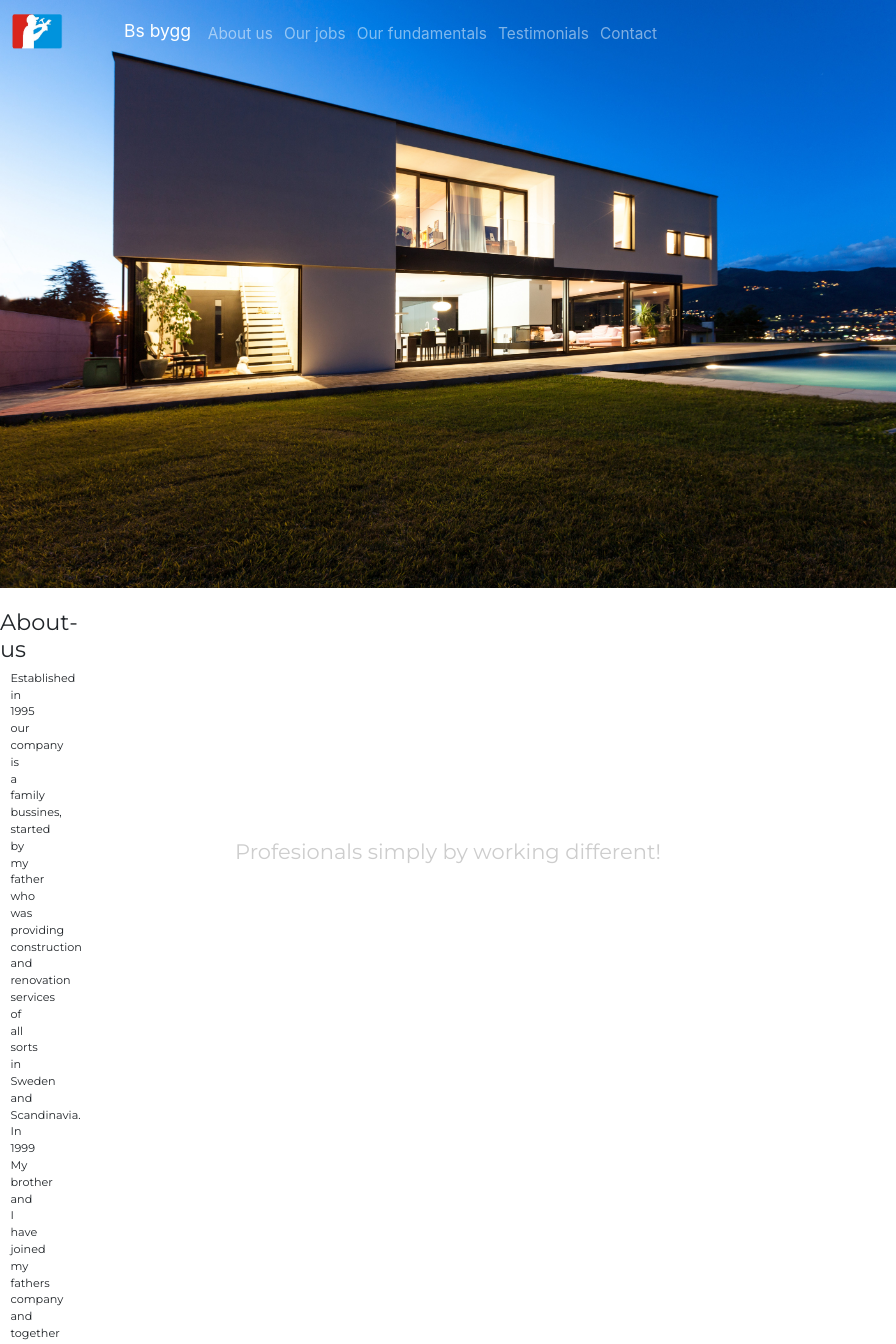
Repository: Bartie1982/milestone-project-1
Page: index.html
The author's editor kept a record of every edit. The page is drawn from the files as they stood at one moment, then again after the next edit.
The browser window is 1280 px wide. The pictures show the part of the page from y = 0 to 1920 px (the page is 5285 px tall), at 70% of full size.

Above is the page before.

### index.html
<!DOCTYPE html>
<html lang="en">

<head>
    <meta charset="UTF-8">
    <meta name="viewport" content="width=device-width, initial-scale=1.0">
    <meta http-equiv="X-UA-Compatible" content="ie=edge">
    <link rel="stylesheet" href="https://stackpath.bootstrapcdn.com/bootstrap/4.3.1/css/bootstrap.min.css" type="text/css" />
    <link rel="stylesheet" href="https://stackpath.bootstrapcdn.com/font-awesome/4.7.0/css/font-awesome.min.css" type="text/css" />
    <link rel="stylesheet" href="assets/css/style.css" type="text/css" />
    <title>BsBygg</title>
</head>

<body>
    <header>
        <div class="container-fluid">
            <div class="row">
                    <div class="col-lg-12 col-md-12 col-xs-12 d-flex">
                        <a href="index.html">
                        <img class="img logo sticky-top" src="./assets/images/logo1.png" alt="Bs.bygg">
                        </a>
                        <nav class="navbar navbar-expand-xl navbar-dark">
                            <a class="navbar-brand" href="index.html">Bs bygg</a>
                                <button class="navbar-toggler" type="button" data-toggle="collapse" data-target="#navbarNav" aria-controls="navbarNav" aria-expanded="false" aria-label="Toggle navigation">
                                     <span class="navbar-toggler-icon"></span>
                                </button>
                                <div class="collapse navbar-collapse" id="navbarNav">
                                    <ul class="navbar-nav">
                                        <li class="nav-item">
                                            <a class="nav-link" href="#about-us">About us</a>
                                        </li>
                                        <li class="nav-item">
                                            <a class="nav-link" href="#our-jobs">Our jobs</a>
                                        </li>
                                        <li class="nav-item">
                                            <a class="nav-link" href="#our-fundamentals">Our fundamentals</a>
                                        </li>
                                        <li class="nav-item">
                                            <a class="nav-link" href="#testimonials">Testimonials</a>
                                        </li>
                                        <li class="nav-item">
                                            <a class="nav-link" href="#contact">Contact</a>
                                        </li>
                                    </ul>
                                </div>
                        </nav>
                    </div>
            </div>
        </div>
            <div class="h-75 d-inline-block col-lg-12 col-xs-12 d-flex justify-content-center quote">
                        <p class="align-self-end">Profesionals simply by working different!</p>
            </div>
    </header>

    <section>
        <div class="d-flex justify-content-center" id="about-us">
            <div class="col-md-8 about-us">
                <h2>About-us</h2>

                <p class="col-md-12 text-space">Established in 1995 our company is a family bussines,
                started by my father who was providing construction and renovation services of all sorts in Sweden and Scandinavia.
                In 1999 My brother and I have joined my fathers company and together we expanded rapidly.
                Completing bigger and more complicated houses designs in Sweden, Danmark, Uk, Poland and Canada over time  we were growing and evolving to get framing and construction projects ahead simultaneously remaning in renovation business.
                We are a highly-qualified profesional construction and renovation team, with over forty years of experience in building field known for our service quality as well as time of completing our projects.
                </p>

            </div>
        </div>

        <div class="row">
            <div class="col-md-12 h-line4">
                <hr>
            </div>
        </div>

    </section>
    <section>
        <div class="row" id="our-jobs">
            <div class="col-md-12 Our-jobs">
                <h2>Our jobs</h2>
                    <div class="row d-flex justify-content-around">
                        <div class="col-sm-12 col-md-12 col-lg-4">
                            <div class="polaroid">
                        <img src="./assets/images/balsta-light.jpg" alt="Full framing" style="width:100%">
                             <div class="container p">
                             <p>Full framing</p>
                             </div>
                       </div>
                        </div>
                        <div class="col-sm-12 col-md-12 col-lg-4">
                            <div class="polaroid">
                        <img src="./assets/images/akersberga-ed.jpg" alt="Extensions" style="width:100%">
                             <div class="container p">
                             <p>Extensions</p>
                             </div>
                       </div>
                        </div>
                        <div class="col-sm-12 col-md-12 col-lg-4">
                            <div class="polaroid">
                        <img src="./assets/images/tak-arbetet-ed.jpg" alt="Roofing" style="width:100%">
                             <div class="container p">
                             <p>Roofing</p>
                         </div>
                        </div>
                    </div>
                </div>
            </div>
        </div>
    </section>
    <section>
        <div class="row">
            <div class="col-md-12 h-line3">
                <hr>
            </div>
        </div>
        <div class="row d-flex justify-content-center" id="our-fundamentals">
            <div class="col-md-8 our-fundamentals">
                <h2>Our fundamentals</h2>

                <p class="col-md-12 text-space">We are proud to present our philosophy and style created by years of experience as well as different locations of our services.
                Implementing  Canadian remarkable approach of extreme organisation and management.
                Combining with Polish work productivity and Scandinavian precision makes us known for high quality services simultaneously reducing times and costs.
                Naturally learning of all kinds of materials and techniques used in different countries while providing our services, generates a lot more knowledge used in building process than other companies. Offering even more
                cost reduction and increasing profitability for our clients.
                </p>
            </div>
        </div>

        <div class="row">
            <div class="col-md-12 h-line4">
                <hr>
            </div>
        </div>
    </section>
    <section>
        <div class="row" id="testimonials">
            <div class="col-md-12 Testimonials">
                <h2>Testimonials</h2>
                    <div class="row people d-flex justify-content-around">
                        <div class="col-sm-12 col-md-4 person">
                            <img class="img-fluid" src="./assets/images/Face 6.jpg" alt="Peter">
                            <p class="text-space"><i>"It's verry professional company with services worth recomending to everyone."</i><br><b>PETER</b></p>
                        </div>
                        <div class="col-sm-12 col-md-4 person">
                            <img class="img-fluid" src="./assets/images/Face 4.jpg" alt="Henrik">
                            <p class="text-space"><i>"Very good prepared and colaborative, I could see right away I have been hired profesionals."</i><br><b>HENRIK</b></p>
                        </div>
                        <div class="col-sm-12 col-md-4 person">
                            <img class="img-fluid" src="./assets/images/Face 7.jpg" alt="Frida">
                            <p class="text-space">"<i>Work was well planed, well orginased and definetly quick and clean."</i><br><b>FRIDA</b></p>
                        </div>
                    </div>
            </div>
                <div class="row">
                    <div class="col-md-12 h-line4">
                        <hr>
                    </div>
                </div>
    </section>
    <footer class="container-fluid" id="contact">
        <div class="row">
                <div class="col-lg-6 col-md-6 col-sm-12 mx-auto">
                    <h4 class="general-sub w-50 mx-auto">Contact</h4>

                        <div class="w-50 mx-auto">
                            <div>
                            <p><b>Email:</b> contact@bsbygg.com</p>
                            </div>
                            <div>
                            <p><b>Mobile:</b> 0704645042 </p>
                            </div>
                            <div>
                            <p><b>Adress:</b> Petersbergsvagen 5 <br>185 34 Vaxholm</p>
                        </div>
                </div>
        </div>
            <div class="col-lg-6 col-md-6 col-sm-12 social mx-auto">
                <h4 class="general-sub w-50 mx-auto">Social</h4>
                <ul class="list-inline social-links w-50 mx-auto">
                <li class="list-inline-item">
                    <a target="_blank" href="https://www.linkedin.com/">
                        <i class="fa fa-linkedin" aria-hidden="true"></i>
                        <span class="sr-only">Linkedin</span>
                    </a>
                </li>

                <li class="list-inline-item">
                    <a target="_blank" href="https://www.facebook.com/">
                        <i class="fa fa-facebook" aria-hidden="true"></i>
                        <span class="sr-only">Facebook</span>
                    </a>

                </li>
                <li class="list-inline-item">
                    <a target="_blank" href="https://www.pinterest.com/">
                        <i class="fa fa-pinterest" aria-hidden="true"></i>
                        <span class="sr-only">Pinterest</span>
                    </a>
                </li>
                <li class="list-inline-item">
                    <a target="_blank" href="https://www.instagram.com/">
                        <i class="fa fa-instagram" aria-hidden="true"></i>
                        <span class="sr-only">Instagram</span>
                    </a>
                </li>

                </ul>
            </div>
        </div>
        <div class="d-flex justify-content-center">
            <p class="">All rights reserved  Bartosz Szkaradzinski 2020</p>
        </div>
    </footer>
</body>

</html>

### assets/css/style.css
@import url('https://fonts.googleapis.com/css?family=Montserrat&display=swap:100,200,300,400,500,600,700|Exo:100,200,300,400,500,600,700');


/*----------------------------------------------Colours*/
.bg-color-name-title {
      color: #000234;
}



/*----------------------------------------------Heading*/

html, body {
    width: 100vw;
    overflow-x: hidden;
    overflow-y: auto;
}

header {
    margin: 0;
    background: url("../images/Villa1.jpg");
    background-repeat: no-repeat;
    background-size: cover;
    height: 840px;

}

.logo {
    float: right;
    background-repeat: no-repeat;
    background-size: 30px;
    min-height: 20px;
    height: 50px;
    margin-top: 20px;
    margin-right: 10px;

}

.navbar {
    margin-top: 13px;
    margin-left: 60px;
}

.navbar-dark {
    position: relative;
    font-size: 22px;

}

.navbar-brand {
    margin-bottom: 8px;
    font-size: 25px;

}

.quote {
    float: right;
    margin-top: 540px;
    margin-left: auto;
    margin-right: auto;
    color: #cdcdcd;
    font-family: "Exo", Montserrat;
    font-weight: 100;
    font-size: 30px;

}


/*----------------------------------------------About us*/

.about-us {

    font-family: "Exo", Montserrat;
    margin-top: 30px;
    text-align: center;
    min-height: 300px;

}

/*----------------------------------------------Our fundamentals*/



.our-fundamentals {
    font-family: "Exo", Montserrat;
    margin-top: 30px;
    text-align: center;
    min-height: 300px;
}




/*----------------------------------------------Our jobs*/

.polaroid {
  width: 250px;
  box-shadow: 0 4px 8px 0 rgba(0, 0, 0, 0.2), 0 6px 20px 0 rgba(0, 0, 0, 0.19);
  text-align: center;
  margin: 30px auto 30px auto;

}

.Our-jobs {
    font-family: "Exo", Montserrat;
    margin-top: 30px;
    text-align: center;
    min-height: 300px;

}


/*----------------------------------------------Testimonials*/

.container p {
  padding: 25px;
}
.people {
    margin-top:20px;
    margin-bottom: 40px;
}
.person {

    height: inherit;
    margin-bottom: 30px;
}
.person img {
    width: 50%;
    margin-left: auto;
    margin-right: auto;
}
.person p {
    padding-left: 30px;
    padding-right: 30px;
}


.name {
    font-family: "Exo", Montserrat;
    background-position: center;
    margin-top: 50px;
    font-weight: 100;
    min-height: 100px;
    font-size: 46px;
    color: #fff;

}

.Testimonials {
    font-family: "Exo", Montserrat;
    margin-top: 30px;
    text-align: center;
    min-height: 300px;

}

/*----------------------------------------------Spacers/lines/margins/paddings/text */

h1,
h2,
h3,
h4 {
       margin: 0;
}



hr {
    background-color: grey;
    height: 1px;
    border: 0; }

.h-line3 {
    margin-top: 0;

}

.h-line4 {
    margin-top: 1%;
}

.text-space {
    margin-top: 10px;
    margin-bottom: 10px;
}

.general-sub {
    margin-top: 20px;
    margin-bottom: 10px;
    color: #fafafa;
    font-family: "Exo", Montserrat;
    font-weight: 300;

}

.inline-block {
    display: inline-block;

}

/*----------------------------------------------Footer*/

footer {
    background-color: #525252;
    color: #fafafa;
    min-height: 240px;
}

.contact {
    margin-left: auto;
    margin-right: auto;

}

.quote-pdf i {
    font-size: 20px;
    color: #fafafa;
    text-align: center;
    padding-left: 8px;
    transition: all 0.45s ease-in;
    -moz-transition: all 0.45s ease-in;
    -webkit-transition: all 0.45s ease-in;
    -o-transition: all 0.45s ease-in;
}

.quote-pdf i:hover {
    color: #40A8AF;

}
.social {
     margin-right: auto;
     margin-left: auto;
}

.social-links li a i {
    width: 30px;
    height:30px;
    padding: 15px;
    border-radius: 15%;
    font-size: 15px;
    line-height: 10px;
    text-align: center;
    color: #fafafa;
    background: #8f8f8f;
    transition: all 0.35s ease-in;
    -moz-transition: all 0.35s ease-in;
    -webkit-transition: all 0.35s ease-in;
    -o-transition: all 0.35s ease-in;
}

.social-links li a i:hover {
    background: #40A8AF;
}

After the next edit:
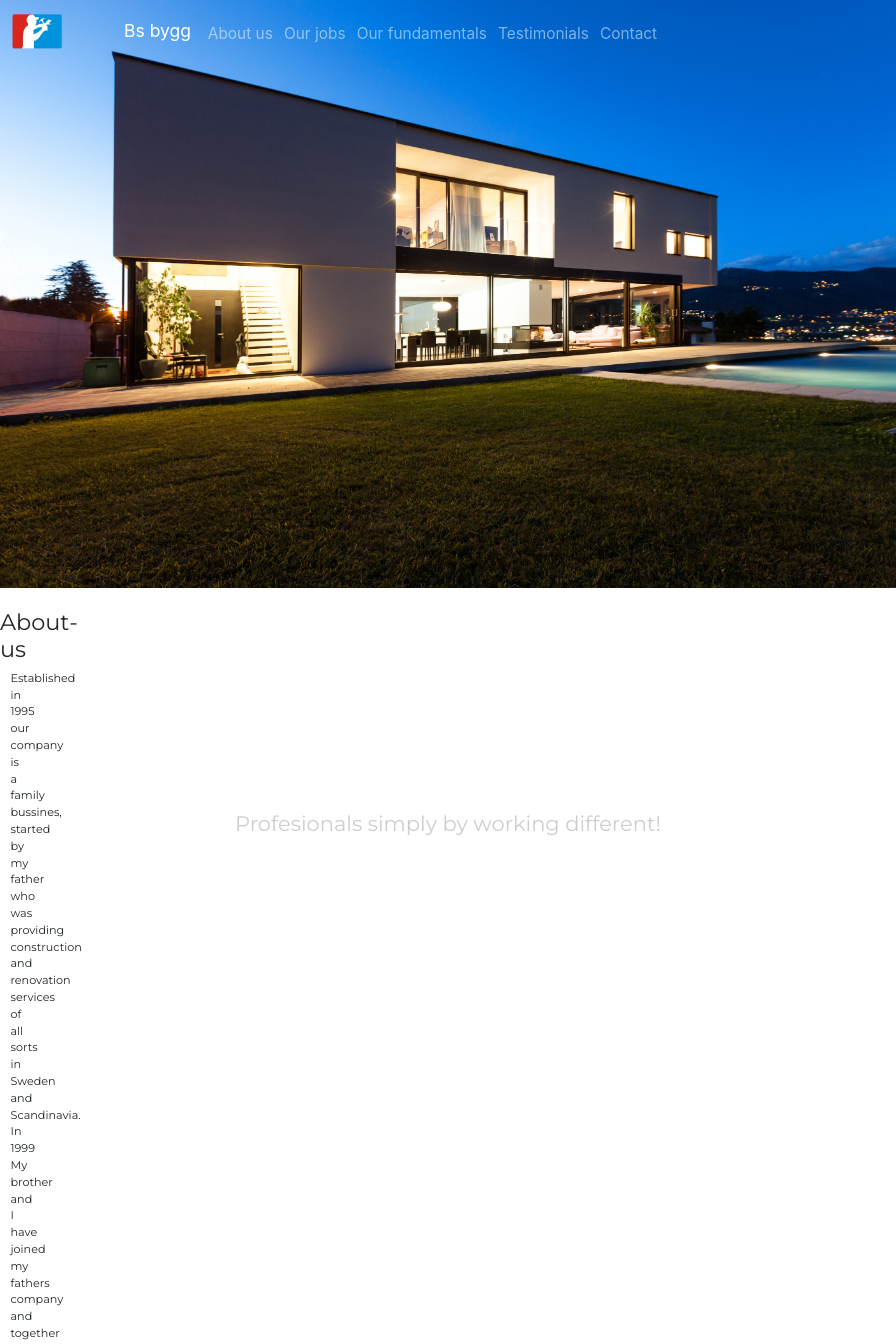
The edit:
--- a/assets/css/style.css
+++ b/assets/css/style.css
@@ -55,7 +55,7 @@
 
 .quote {
     float: right;
-    margin-top: 540px;
+    margin-top: 500px;
     margin-left: auto;
     margin-right: auto;
     color: #cdcdcd;
